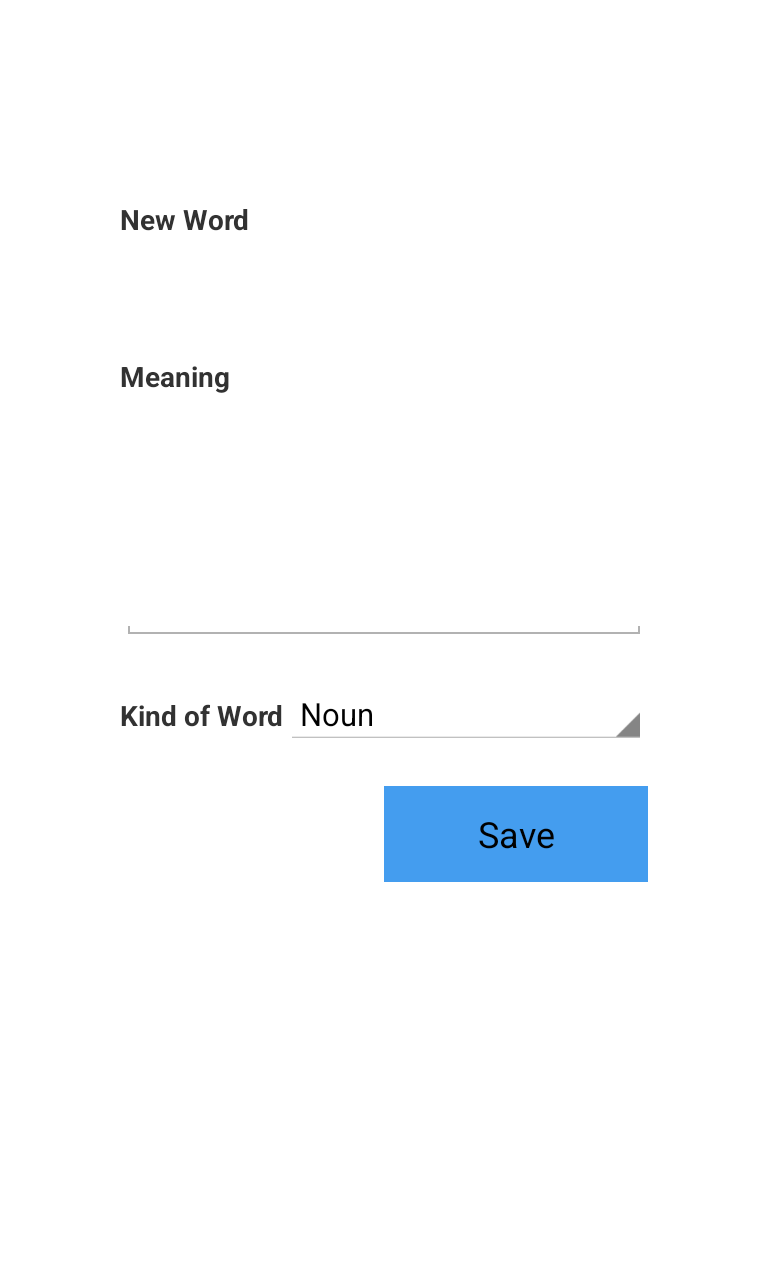
Repository: karno123/AndroidWordReminder
Layout: WordRemainder/res/layout/add_word_layout.xml
These files come from the project's save history. The layout is drawn as it stood at one moment and after a run of saves; the edit follows.
It is drawn on a 768 x 1280 px phone screen (xhdpi) without system bars, with theme AppTheme; the app's code is not run.

Above is the layout before, as saved 2014-07-06 08:15:02.

### WordRemainder/res/layout/add_word_layout.xml
<?xml version="1.0" encoding="utf-8"?>
<LinearLayout xmlns:android="http://schemas.android.com/apk/res/android"
    android:layout_width="fill_parent"
    android:layout_height="fill_parent"
    android:paddingLeft="60dp"
    android:paddingRight="60dp"
    android:paddingTop="80dp"
    android:orientation="vertical" >

    <LinearLayout
	        android:layout_width="fill_parent"
	        android:layout_height="wrap_content"
	        android:orientation="vertical"
	        android:paddingTop="20dp">

        <TextView
	        android:id="@+id/text_new_word"
	        android:layout_width="fill_parent"
	        android:layout_height="wrap_content"
	        android:textStyle="bold"
	        android:text="@string/new_text_word"/>

         <EditText
	        android:inputType="text"
	        android:id="@+id/input_text_new_word"
	        android:layout_width="0dp"
	        android:layout_weight="0.8"
	        android:layout_height="wrap_content"
	        />

    </LinearLayout>

    <LinearLayout
            android:layout_width="fill_parent"
	        android:layout_height="wrap_content"
	        android:orientation="vertical"
	        android:paddingTop="20dp">
        <TextView
	        android:id="@+id/text_meaning_word"
	        android:layout_width="fill_parent"
	        android:layout_height="wrap_content"
	        android:textStyle="bold"
	        android:text="@string/meaning_word"
	        />

        <EditText
            android:id="@+id/input_text_meaning"
            android:layout_height="wrap_content"
            android:layout_width="fill_parent"
            android:gravity="top"
            android:inputType="textMultiLine"
            android:lines="5"
            android:singleLine="false" />

    </LinearLayout>

    <LinearLayout
            android:layout_width="fill_parent"
	        android:layout_height="wrap_content"
	        android:orientation="horizontal"
	        android:paddingTop="20dp">

         <TextView
	        android:id="@+id/kind_of_word_text"
	        android:layout_width="wrap_content"
	        android:layout_height="wrap_content"
	        android:textStyle="bold"
	        android:text="@string/kind_of_word"
	        />
	    <Spinner
	        android:id="@+id/kind_of_word"
	        android:layout_width="0dp"
	        android:layout_weight="1"
	        android:layout_height="wrap_content"
	        android:prompt="@string/kind_of_word_prompt"
	        android:entries="@array/word_arrays"

	        />
    </LinearLayout>

    <LinearLayout
            android:layout_width="fill_parent"
	        android:layout_height="wrap_content"
	        android:orientation="horizontal"
	        android:gravity="right"
	        android:paddingTop="20dp"
	        android:weightSum="2">

        	<Button
        	     android:id="@+id/add_new_word_button"
        	     android:layout_height="wrap_content"
        	     android:layout_width="0dip"
        	     android:layout_weight="1"
        	     android:text="@string/add_word_button"
        	     android:background="#449def"/>

    </LinearLayout>

</LinearLayout>

### WordRemainder/res/values/strings.xml
<?xml version="1.0" encoding="utf-8"?>
<resources>

    <string name="app_name">Word Remainder</string>
    <string name="action_settings">Settings</string>
    <string name="hello_world">Hello world!</string>
    <string name="splash_text">This is a splash text</string>
	<string name="add_word">Add New Word</string>
	<string name="view_word">View Word</string>
	<string name="setting">Setting Apps</string>


	<string name="addnewword_title">Add New Word</string>
	<string name="viewword_title">View Word</string>

	<string name="new_text_word">New Word     </string>
	<string name="meaning_word"> Meaning       </string>
	<string name="kind_of_word"> Kind of Word   </string>

	<string name="kind_of_word_prompt">Choose kind of word</string>
	<string-array name="word_arrays">
	    <item>Noun</item>
	    <item>Verb</item>
	    <item>Adjective</item>
	    <item>Adverb</item>
	    <item>Interjection</item>
	    <item>Preposition</item>
	    <item>Conjunction</item>
	    <item>Pronoun</item>
	</string-array>

	<string name="add_word_button">  Save  </string>
	<string name="cancel_edit_word_button">Cancel</string>
	<string name="search_text">Search </string>

	<string name="main_word" >main_word </string>
	<string name="meaning">meaning karno <b>siahaan</b></string>

	<string name="updateWord">Update Word</string>


	<string name="setting_enable">Enable setting </string>
	<string name="word_per_day">Word per day  </string>
	<string name="reminder_time">Reminder time</string>
	<string name="word_per_day_def">50</string>

	<string name="setting_ok">OK</string>
	<string name="setting_Cancel">Cancel</string>

	<string name="setting_label">Setting</string>

	<string name="home">home</string>

</resources>

Loaded but not shown: WordRemainder/res/values/styles.xml (common file); WordRemainder/res/values-v11/styles.xml (common file); WordRemainder/res/values-v14/styles.xml (common file)

After the next 2 saves:
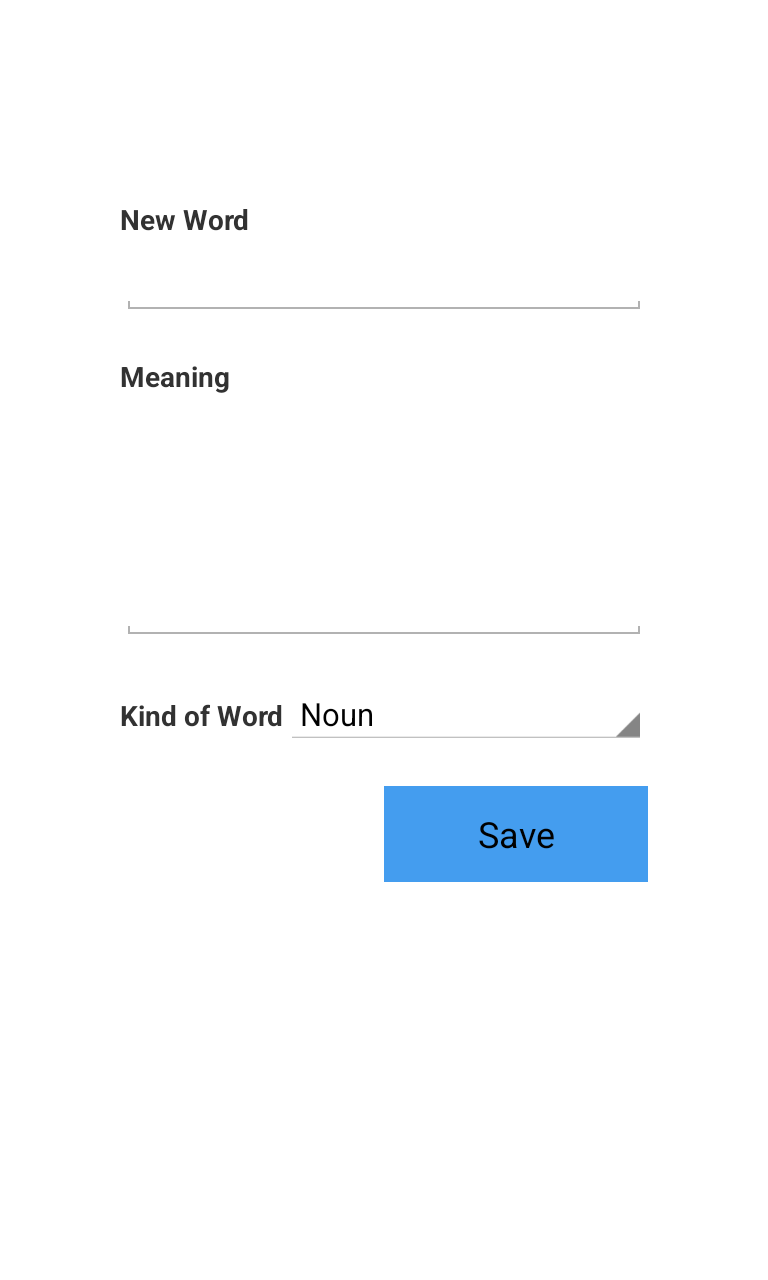
The 2 saves are shown as one change because they came seconds apart.
The last was saved 17 s later.
--- a/WordRemainder/res/layout/add_word_layout.xml
+++ b/WordRemainder/res/layout/add_word_layout.xml
@@ -23,8 +23,7 @@
          <EditText
 	        android:inputType="text"
 	        android:id="@+id/input_text_new_word"
-	        android:layout_width="0dp"
-	        android:layout_weight="0.8"
+	        android:layout_width="fill_parent"
 	        android:layout_height="wrap_content"
 	        />
 
